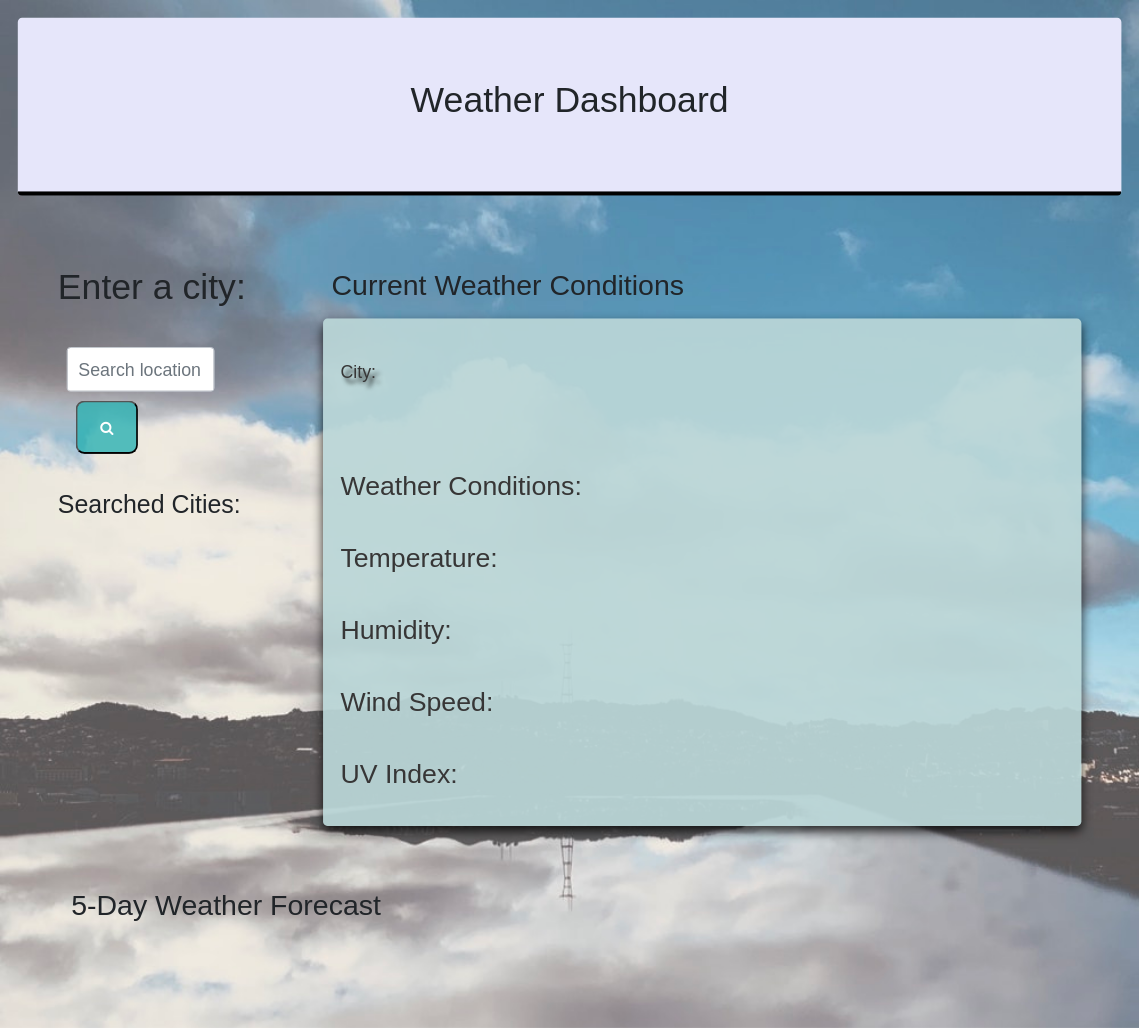
Repository: nsc9605/WeatherDashboard_API
Page: index.html
An editor plug-in stored every save of this project. The page is shown before and after the next save, followed by the edit.
The browser window is 1280 px wide. The pictures show the whole page, at 89% of full size.
Backgrounds fixed to the window are drawn as part of the page. Some web fonts or font styles are not loaded; a fallback is used. Some web libraries are served in a nearby version.

Above is the page before, as saved 2021-04-07 11:29:55.

After the next save:
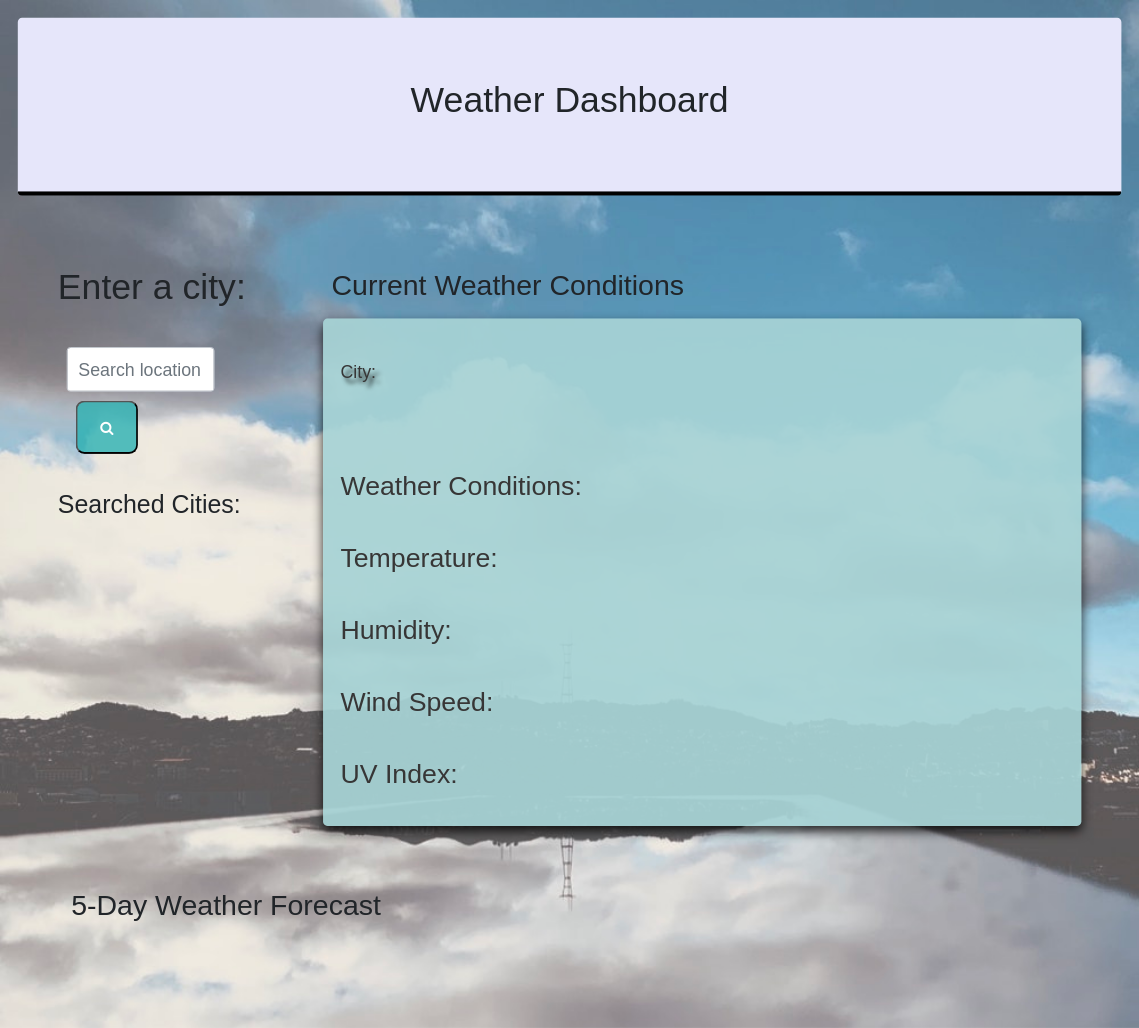
Saved 23 s later.
--- a/assets/style.css
+++ b/assets/style.css
@@ -129,7 +129,7 @@ h5 {
     min-width: 40vh;
     width: 100%;
     align-items: center;
-    background-color: rgba(186, 214, 215, 0.927);
+    background-color: rgba(167, 211, 213, 0.927);
     color: rgb(55, 54, 54);
     border-radius: 5px;
     box-shadow: 0 6px 12px 0 rgba(0, 0, 0, 0.831);
